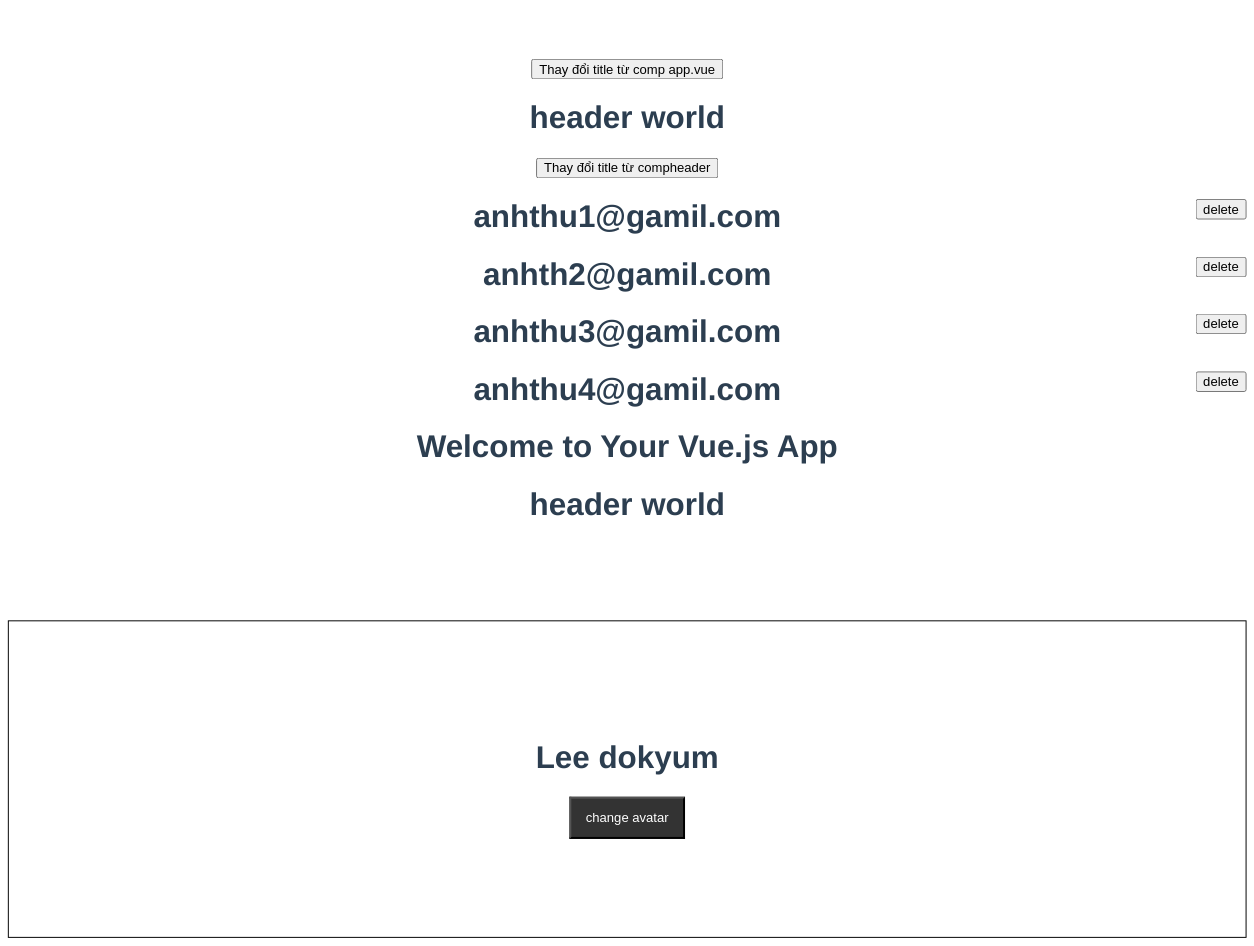
Repository: anhthu112/Todo-list
Page: /
An editor plug-in stored every save of this project. The page is shown before and after the next save, followed by the edit.
The browser window is 1280 px wide. The pictures show the whole page, at 98% of full size.
The project was rebuilt for these pictures with package versions that can differ from the ones it lists, and the page was loaded fresh each time. Also part of the build but not shown: vue.config.js.

Above is the page before, as saved 2024-01-23 16:15:04.

### src/App.vue
<template>
  <div class="container">
    <button v-on:click="title='Yoon Jeonghan'">Thay đổi title từ comp app.vue</button>
    <CompHeader v-bind:title="title"
    v-on:changeTitle="handleChangeTitle"
    />
    <ListUser v-bind:listUser="listUser"/>
    <HelloWorld msg="Welcome to Your Vue.js App"/>
    <ComFooter v-bind:title="title"/>
    <DemoRef/>
  </div>

</template>

<script>
import HelloWorld from './components/HelloWorld.vue'
import CompHeader from './components/CompHeader.vue';
import ComFooter from './components/ComFooter.vue';
import ListUser from './components/ListUser.vue';
import DemoRef from './components/DemoRef.vue';
export default {
  name: 'App',
  data(){
    return {
      title:'header world',
      listUser : [
        {id:1000, email:'anhthu1@gamil.com', active: true},
        {id:1001, email:'anhth2@gamil.com', active: true},
        {id:1002, email:'anhthu3@gamil.com', active: true},
        {id:1003, email:'anhthu4@gamil.com', active: false}
      ]
    }
  },
  components: {
    HelloWorld,
    CompHeader,
    ComFooter,
    ListUser,
    DemoRef
},
  methods:{
    handleChangeTitle(){
      this.title='title do header doi';
      console.log('sucess');
    }
  }
}
</script>

<style>
#app {
  font-family: Avenir, Helvetica, Arial, sans-serif;
  -webkit-font-smoothing: antialiased;
  -moz-osx-font-smoothing: grayscale;
  text-align: center;
  color: #2c3e50;
  margin-top: 60px;
}
</style>

### src/components/CompHeader.vue
<template>
    <header><h1>{{ title }}</h1></header>
    <button v-on:click="changeHeader">Thay đổi title từ compheader</button>
</template>
<script>
    export default{
        name: 'comp-header',
        props:{
            title: String,
        },
        data (){
            return {
            }
        },
        methods:{
            changeHeader(){
                console.log('truoc');
                this.$emit('myevent');
                console.log('sau')

            }
        }
    }
</script>

### src/components/ComFooter.vue
<template>
    <footer>
            <h1>{{ title }}</h1>
    </footer>

</template>
<script>
    export default{
        name: 'comp-footer',
        props: {
            title: String,
        }
    }
</script>

### src/components/ListUser.vue
<template>
    <div class="list-user">
      <User v-for="user in listUser" v-bind:key="user.id" v-bind:user="user" />
    </div>
</template>

  <script>
  import User from './User.vue';
  export default {
    name: 'ListUser',
    props: {
      listUser: {
        type: Array,
      },
    },
    components: {
      User,
    },
  };
  </script>

### src/components/DemoRef.vue
<template>
    <div class="demo-ref">
        <h1>Lee dokyum</h1>
        <button class="avatar">change avatar</button>
        <input type="file" style="display:none">
    </div>
</template>
<script>
    export default {
        name:'demo-ref',
        data (){
            return {

            }
        }
    }
</script>
<style>
    .demo-ref{
        margin-top: 100px;
        padding: 100px 30px;
        border: 1px solid #000;

    }
    .avatar{
        color: #fff;
        padding: 12px 15px;
        background: #333;
    }
</style>

### src/components/User.vue
<template>
    <div class="user">
        <h1>{{ user.email }}</h1>
        <button class="delete"
        v-on:click="handleDelete"
        >delete</button>
    </div>
</template>
<script>
    export default {
        name: 'userComponent',
        props:{
            user : {
                type: Object,
            }
        },
        methods:{
            handleDelete(e){
                console.log(e);
            }
        },
        data (){
            return {

            }
        }
    }
</script>
<style>
    .user{
        position: relative;
    }
    .delete{
        position: absolute;
        top:0;
        right:0;
    }
</style>

Loaded but not shown: public/index.html (common file); src/main.js (common file); src/components/HelloWorld.vue (common file)

After the next save:
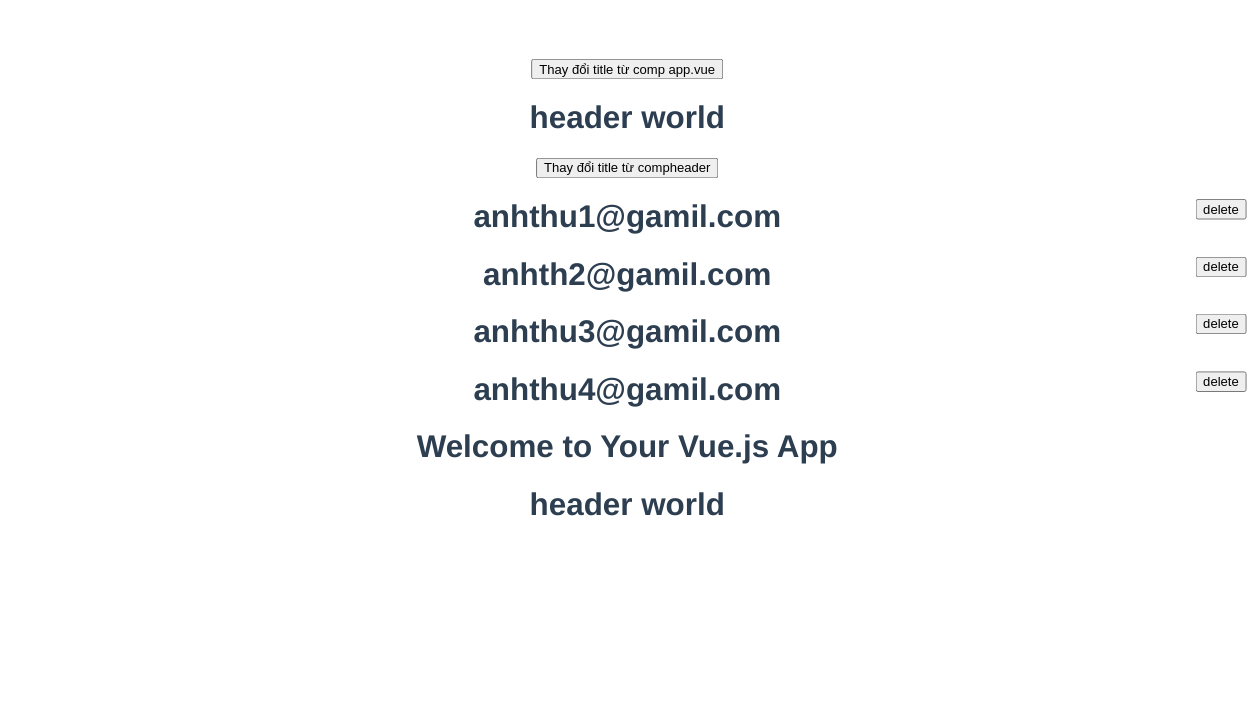
Saved 34 s later.
--- a/src/App.vue
+++ b/src/App.vue
@@ -7,7 +7,8 @@
     <ListUser v-bind:listUser="listUser"/>
     <HelloWorld msg="Welcome to Your Vue.js App"/>
     <ComFooter v-bind:title="title"/>
-    <DemoRef/>
+    <!-- <DemoRef/>  -->
+    <demo-slot/>
   </div>
 
 </template>
